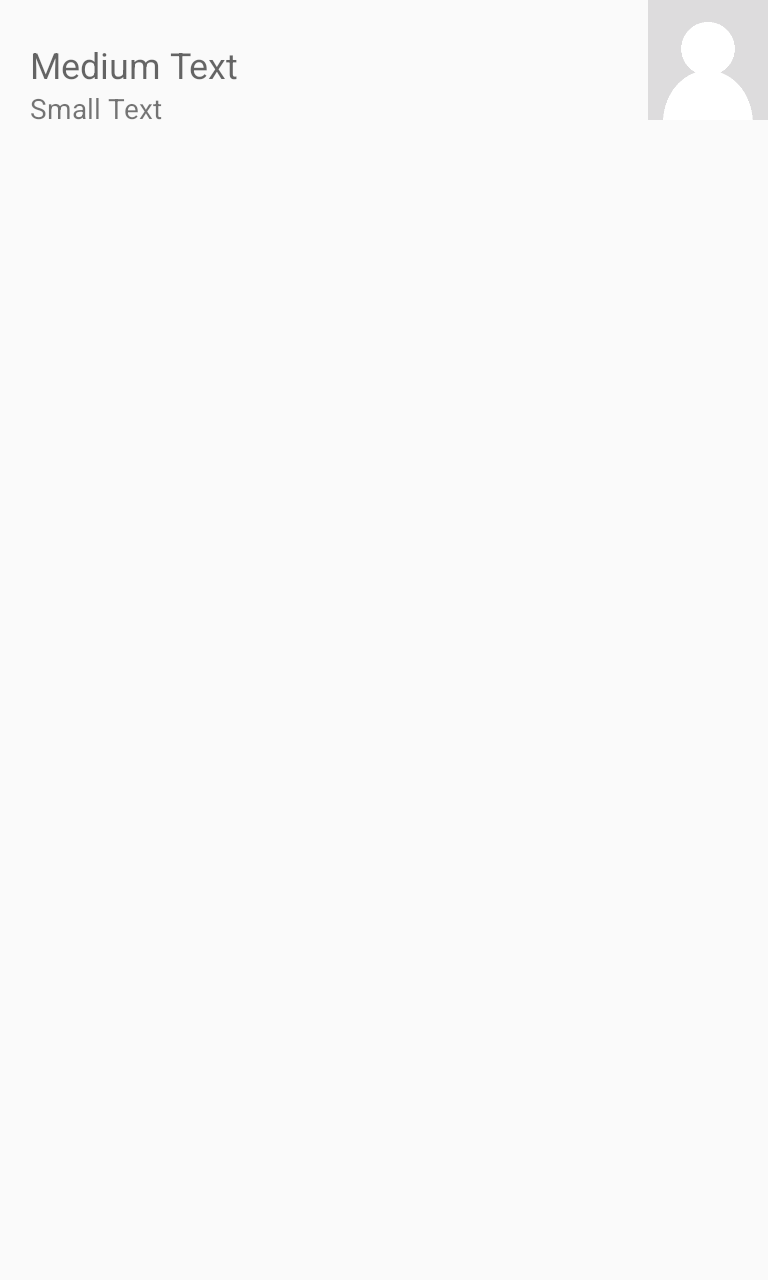
Repository: savindra/cutting-edge
Layout: Humzearch/res/layout/my_account.xml
The author's editor kept a copy of each file at every save. The layout is drawn from the files as they stood at one save, then again after the next save.
It is drawn on a 768 x 1280 px phone screen (xhdpi) without system bars, with theme AppTheme; the app's code is not run.

Above is the layout before, as saved 2015-06-19 10:05:07.

### Humzearch/res/layout/my_account.xml
<?xml version="1.0" encoding="utf-8"?>
<RelativeLayout xmlns:android="http://schemas.android.com/apk/res/android"
    android:id="@+id/RelativeLayout1"
    android:layout_width="match_parent"
    android:layout_height="match_parent"
    android:orientation="vertical" >

    <TextView
        android:id="@+id/textView1"
        android:layout_width="wrap_content"
        android:layout_height="wrap_content"
        android:layout_alignParentLeft="true"
        android:layout_alignParentTop="true"
        android:layout_marginLeft="15dp"
        android:layout_marginTop="20dp"
        android:text="Medium Text"
        android:textAppearance="?android:attr/textAppearanceMedium" />

    <TextView
        android:id="@+id/textView2"
        android:layout_width="wrap_content"
        android:layout_height="wrap_content"
        android:layout_alignLeft="@+id/textView1"
        android:layout_below="@+id/textView1"
        android:text="Small Text"
        android:textAppearance="?android:attr/textAppearanceSmall" />

    <ImageView
        android:id="@+id/imageView1"
        android:layout_width="60dp"
        android:layout_height="60dp"
        android:layout_alignParentRight="true"
        android:layout_alignParentTop="true"
        android:src="@drawable/ic_default_user" />

</RelativeLayout>

### Humzearch/res/values-v21/style.xml
<?xml version="1.0" encoding="utf-8"?>
<resources>
    <style name="AppTheme" parent="AppTheme.Base">
        <!-- Customize your theme using Material Design here. -->
    </style>
</resources>

### Humzearch/res/values/styles.xml
<resources>

    <!-- Base application theme. -->
    <style name="AppTheme" parent="AppTheme.Base"/>

    <style name="AppTheme.Base" parent="Theme.AppCompat.Light.DarkActionBar">
        <!-- Customize your theme here. -->

        <!-- colorPrimary is used for the default action bar background -->
        <item name="colorPrimary">@color/ColorPrimary</item>

        <!-- colorPrimaryDark is used for the status bar -->
        <item name="colorPrimaryDark">@color/ColorPrimaryDark</item>

        <!-- colorAccent is used as the default value for colorControlActivated
             which is used to tint widgets -->

        <!-- You can also set colorControlNormal, colorControlActivated
             colorControlHighlight & colorSwitchThumbNormal. -->

        <item name="homeAsUpIndicator">@drawable/ic_drawer</item>
		<item name="android:homeAsUpIndicator">@drawable/ic_drawer</item>
    </style>

    <style name="AppTheme.NoTitleBar" parent="Theme.AppCompat.Light.NoActionBar">
        <!-- Customize your theme here. -->

        <!-- colorPrimary is used for the default action bar background -->
        <item name="colorPrimary">@color/ColorPrimary</item>

        <!-- colorPrimaryDark is used for the status bar -->
        <item name="colorPrimaryDark">@color/ColorPrimaryDark</item>

        <!-- colorAccent is used as the default value for colorControlActivated
             which is used to tint widgets -->

        <!-- You can also set colorControlNormal, colorControlActivated
             colorControlHighlight & colorSwitchThumbNormal. -->
    </style>

    <style name="AppTheme.BackButton" parent="Theme.AppCompat.Light.DarkActionBar">
        <!-- Customize your theme here. -->

        <!-- colorPrimary is used for the default action bar background -->
        <item name="colorPrimary">@color/ColorPrimary</item>

        <!-- colorPrimaryDark is used for the status bar -->
        <item name="colorPrimaryDark">@color/ColorPrimaryDark</item>

        <!-- colorAccent is used as the default value for colorControlActivated
             which is used to tint widgets -->

        <!-- You can also set colorControlNormal, colorControlActivated
             colorControlHighlight & colorSwitchThumbNormal. -->
    </style>

    <style name="toolbar_bottom" parent="Widget.AppCompat.Toolbar">
    	<item name="contentInsetStart">0dp</item>
    	<item name="contentInsetEnd">0dp</item>
	</style>

</resources>

### Humzearch/res/values/color.xml
<?xml version="1.0" encoding="utf-8"?>
<resources>
    <color name="ColorPrimary">#e62117</color>
    <color name="ColorPrimaryDark">#c31c13</color>
    <color name="tabsScrollColor">#8a140e</color>
    <color name="fontblack">#000</color>

    <!-- Main menu colors -->
    <color name="list_item_title">#303030</color>
    <color name="list_background">#eee</color>
    <color name="list_background_pressed">#aaa</color>
    <color name="list_divider">#ccc</color>
    <color name="counter_text_bg">#626262</color>
    <color name="counter_text_color">#c5c4c4</color>

    <color name="button">#ccc</color>

    <color name="link">#909090</color>
    <color name="secondbar">#f5f5f5</color>
    <color name="background">#fcfcfc</color>

</resources>

### Humzearch/res/drawable/color_cursor.xml
<?xml version="1.0" encoding="utf-8"?>
<shape xmlns:android="http://schemas.android.com/apk/res/android" >
    <size android:width="2dp" />
    <solid android:color="#333"  />
</shape>

After the next save:
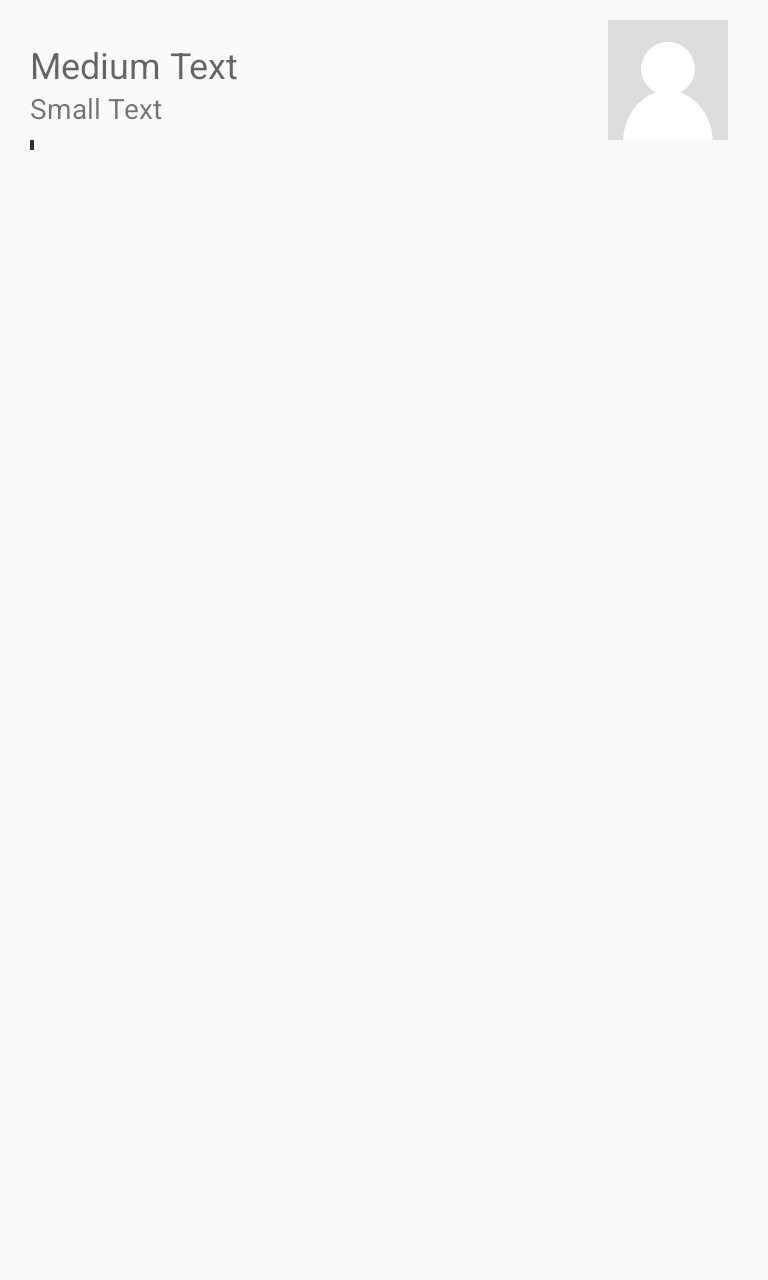
Saved 3 min 48 s later.
--- a/Humzearch/res/layout/my_account.xml
+++ b/Humzearch/res/layout/my_account.xml
@@ -13,6 +13,7 @@
         android:layout_alignParentTop="true"
         android:layout_marginLeft="15dp"
         android:layout_marginTop="20dp"
+        android:layout_toLeftOf="@+id/imageView1"
         android:text="Medium Text"
         android:textAppearance="?android:attr/textAppearanceMedium" />
 
@@ -22,6 +23,7 @@
         android:layout_height="wrap_content"
         android:layout_alignLeft="@+id/textView1"
         android:layout_below="@+id/textView1"
+        android:layout_toLeftOf="@+id/imageView1"
         android:text="Small Text"
         android:textAppearance="?android:attr/textAppearanceSmall" />
 
@@ -31,6 +33,16 @@
         android:layout_height="60dp"
         android:layout_alignParentRight="true"
         android:layout_alignParentTop="true"
+        android:layout_marginRight="20dp"
+        android:layout_marginTop="10dp"
         android:src="@drawable/ic_default_user" />
 
+    <ImageView
+        android:id="@+id/imageView2"
+        android:layout_width="wrap_content"
+        android:layout_height="5dp"
+        android:layout_alignLeft="@+id/textView2"
+        android:layout_below="@+id/imageView1"
+        android:src="@drawable/color_cursor" />
+
 </RelativeLayout>
